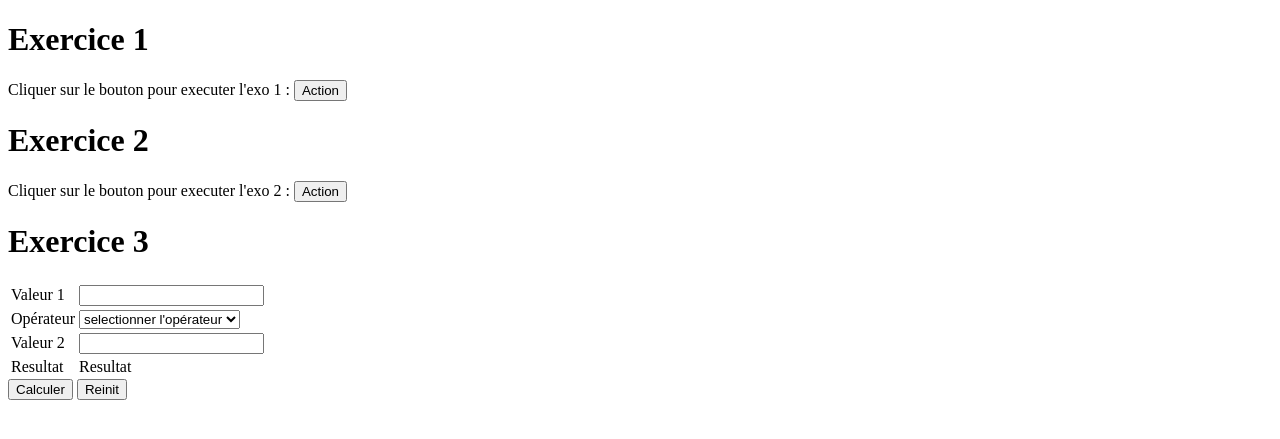
Repository: AgatheLM/formation_js
Page: insee-travaux-js/insee-client-js/index.html
The author's editor kept a copy of each file at every save. The page is drawn from the files as they stood at one save, then again after the next save.
The browser window is 1280 px wide. The pictures show the whole page.
Empty fields were first filled with sample values (such as "Sample", 5 or name@example.com).
After loading, the first visible `input[onclick="main_exo3_reinit()"]` was clicked once.

Above is the page before, as saved 2018-01-24 13:20:49.

After the next save:
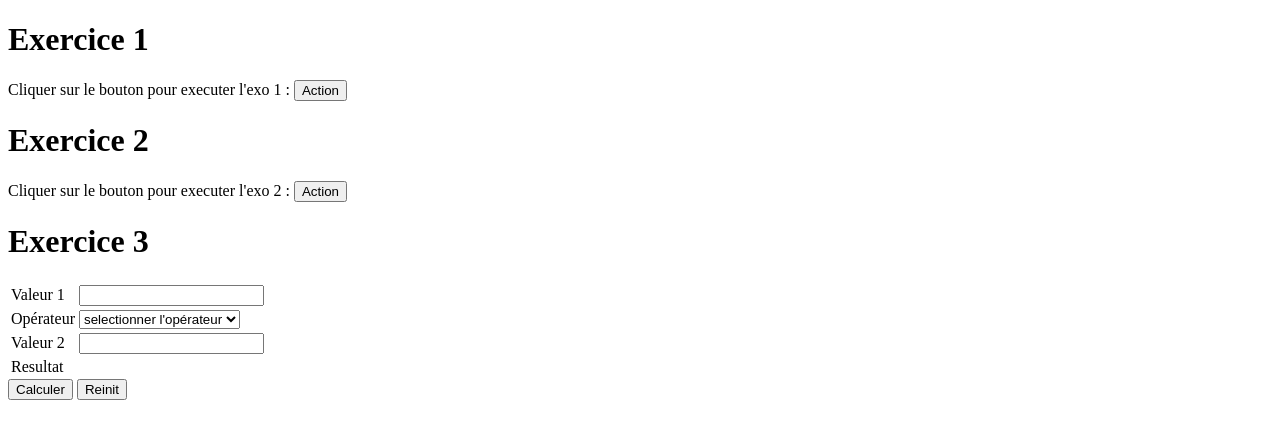
Saved 33 s later.
--- a/insee-travaux-js/insee-client-js/scripts/main.js
+++ b/insee-travaux-js/insee-client-js/scripts/main.js
@@ -122,7 +122,7 @@ function main_exo2(){
 			document.getElementById("val1").value="";
 			document.getElementById("val2").value="";
 			document.getElementById("operateur").value="none";
-
+			result.innerHTML="";
 
 		} catch(e) {
 			console.log(e);
@@ -148,6 +148,7 @@ function main_exo2(){
 			}else{
 				resul=0;
 				alert("On ne peut pas diviser par 0");
+				main_exo3_reinit();
 			}
 			break;
 		}
